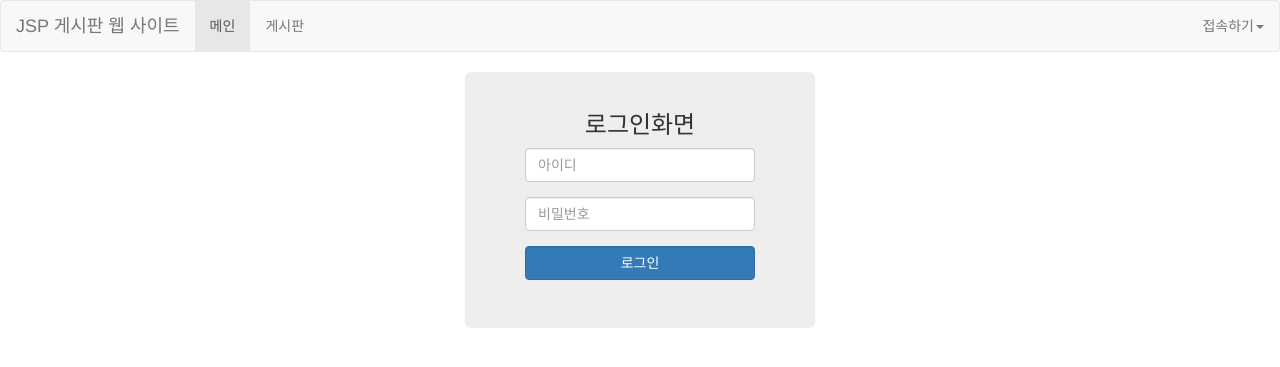
Repository: kimdy108/jsp-bbs
Page: http://localhost/BBS/bbs.jsp
An editor plug-in stored every save of this project. The page is shown before and after the next save, followed by the edit.
The browser window is 1280 px wide. The pictures show the whole page.
Some web libraries are served in a nearby version. The page is served by Tomcat 9.

Above is the page before, as saved 2025-05-24 14:00:36.

After the next save:
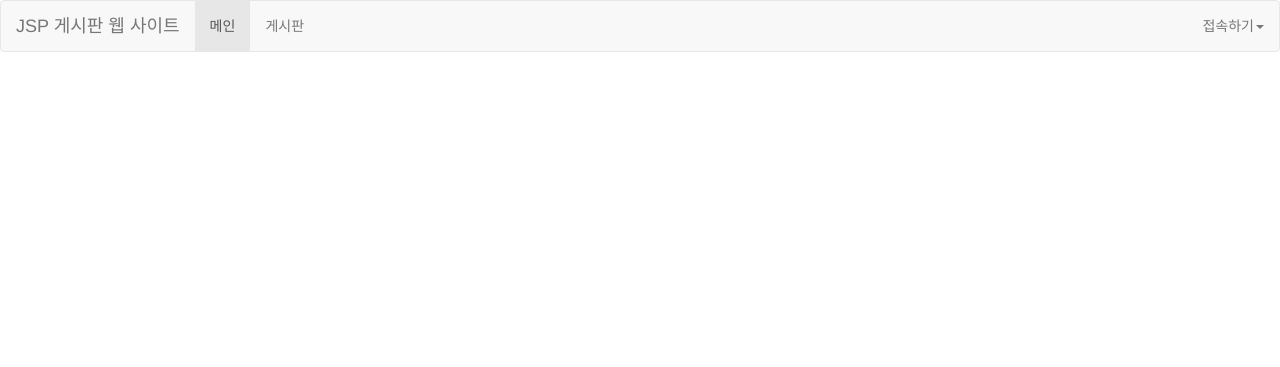
Saved 35 s later.
--- a/BBS/src/main/webapp/bbs.jsp
+++ b/BBS/src/main/webapp/bbs.jsp
@@ -70,26 +70,6 @@
 
 		</div>
 	</nav>
-	<div class="container">
-		<div class="col-lg-4"></div>
-		<div class="col-lg-4">
-			<div class="jumbotron" style="padding-top: 20px;">
-				<form method="post" action="loginAction.jsp">
-					<h3 style="text-align: center;">로그인화면</h3>
-					<div class="form-group">
-						<input type="text" class="form-control" placeholder="아이디"
-							name="userID" maxlength="20">
-					</div>
-					<div class="form-group">
-						<input type="password" class="form-control" placeholder="비밀번호"
-							name="userPassword" maxlength="20">
-					</div>
-					<input type="submit" class="btn btn-primary form-control" value="로그인">
-				</form>
-			</div>
-		</div>
-		<div class="col-lg-4"></div>
-	</div>
 	<script src="https://code.jquery.com/jquery-3.1.1.min.js"></script>
 	<script src="js/bootstrap.js"></script>
 </body>
